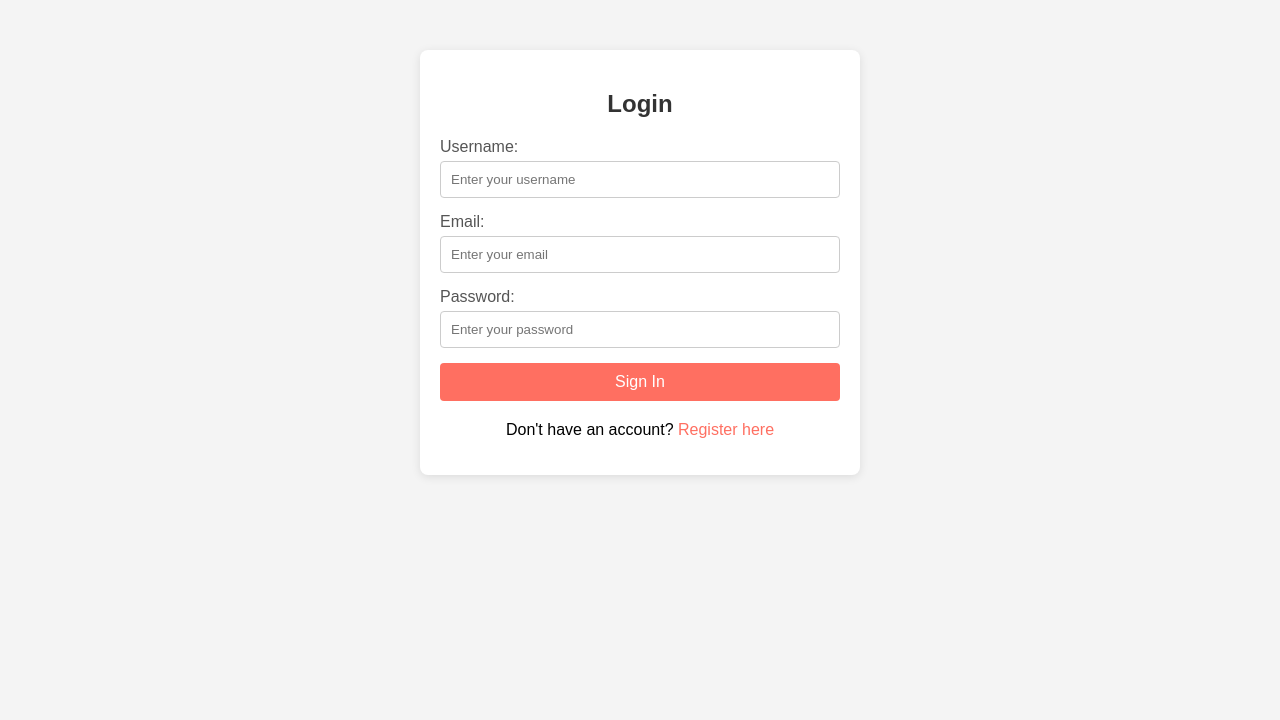
Repository: wmrmweerakoon/Online-Laundry-Management-System
Page: http://localhost/LaundryManagementSystem/Login.jsp
These files come from the project's save history. The page is drawn as it stood at one moment and after the next save; the edit follows.
The browser window is 1280 px wide. The pictures show the whole page.
The page is served by Tomcat 9. Other server files are loaded and not shown.

Above is the page before, as saved 2024-10-06 16:23:40.

### Projects/LaundryManagementSystem/src/main/webapp/Login.jsp
<%@ page language="java" contentType="text/html; charset=UTF-8" pageEncoding="UTF-8"%>
<!DOCTYPE html>
<html lang="en">
<head>
    <meta charset="UTF-8">
    <meta name="viewport" content="width=device-width, initial-scale=1.0">
    <title>Login - Online Laundry Management System</title>
    <link rel="stylesheet" href="CSS/Login.css">
</head>
<body>
    <div class="login-container">
        <h2>Login</h2>

        <%-- Display error message if exists --%>
        <div style="text-align: center; margin-bottom: 10px;">
            <%
                String errorMessage = (String) request.getAttribute("errorMessage");
                if (errorMessage != null) {
            %>
                <div style="color: red; font-weight: bold;">
                    <%= errorMessage %>
                </div>
            <%
                }
            %>
        </div>

        <form id="loginForm" action="LoginServlet" method="POST" onsubmit="return validateForm()">
            <div class="form-group">
                <label for="username">Username:</label>
                <input type="text" id="username" name="username" placeholder="Enter your username">
                <span class="error" id="usernameError"></span>
            </div>
            <div class="form-group">
                <label for="email">Email:</label>
                <input type="email" id="email" name="email" placeholder="Enter your email">
                <span class="error" id="emailError"></span>
            </div>
            <div class="form-group">
                <label for="password">Password:</label>
                <input type="password" id="password" name="password" placeholder="Enter your password">
                <span class="error" id="passwordError"></span>
            </div>
            <button type="submit">Sign In</button>
        </form>
        <p>Don't have an account? <a href="Register.jsp">Register here</a></p>
    </div>

    <script>
        function validateForm() {
            let isValid = true;

            // Get form fields
            const username = document.getElementById('username').value.trim();
            const email = document.getElementById('email').value.trim();
            const password = document.getElementById('password').value.trim();

            // Get error message spans
            const usernameError = document.getElementById('usernameError');
            const emailError = document.getElementById('emailError');
            const passwordError = document.getElementById('passwordError');

            // Clear previous error messages
            usernameError.textContent = '';
            emailError.textContent = '';
            passwordError.textContent = '';

            // Username validation
            if (username === '') {
                usernameError.textContent = 'Username is required.';
                isValid = false;
            }

            // Email validation
            const emailPattern = /^[^ ]+@[^ ]+\.[a-z]{2,3}$/;
            if (email === '') {
                emailError.textContent = 'Email is required.';
                isValid = false;
            } else if (!email.match(emailPattern)) {
                emailError.textContent = 'Enter a valid email address.';
                isValid = false;
            }

            // Password validation
            if (password === '') {
                passwordError.textContent = 'Password is required.';
                isValid = false;
            }

            return isValid;
        }
    </script>
</body>
</html>

### Projects/LaundryManagementSystem/src/main/webapp/CSS/Login.css
body {
    font-family: Arial, sans-serif;
    background-color: #f4f4f4; /* Light gray background */
    margin: 0;
    padding: 0;
}

.login-container {
    max-width: 400px; /* Limit width of the login container */
    margin: 50px auto; /* Center it vertically and horizontally */
    padding: 20px; /* Add padding inside the container */
    background-color: #ffffff; /* White background for the form */
    border-radius: 8px; /* Rounded corners */
    box-shadow: 0 2px 10px rgba(0, 0, 0, 0.1); /* Subtle shadow for depth */
}

h2 {
    text-align: center;
    color: #333; /* Dark gray color for the heading */
}

.form-group {
    margin-bottom: 15px; /* Space between form groups */
}

label {
    display: block; /* Make labels block elements */
    margin-bottom: 5px; /* Space between label and input */
    color: #555; /* Medium gray color for labels */
}

input[type="text"],
input[type="email"],
input[type="password"] {
    width: 100%; /* Full width input fields */
    padding: 10px; /* Padding inside the inputs */
    border: 1px solid #ccc; /* Light gray border */
    border-radius: 4px; /* Rounded corners for input fields */
    box-sizing: border-box; /* Ensure padding and border are included in total width */
}

input[type="text"]:focus,
input[type="email"]:focus,
input[type="password"]:focus {
    border-color: #ff6f61; /* Use #ff6f61 for border color when focused */
    outline: none; /* Remove default outline */
}

button {
    width: 100%; /* Full width button */
    padding: 10px; /* Padding inside the button */
    background-color: #ff6f61; /* Button background color */
    color: white; /* White text color */
    border: none; /* No border */
    border-radius: 4px; /* Rounded corners for button */
    cursor: pointer; /* Change cursor to pointer */
    font-size: 16px; /* Increase font size */
}

button:hover {
    background-color: #ff4824; /* Darker color on hover */
}

.error {
    color: red; /* Red color for error messages */
    font-size: 12px; /* Smaller font size for errors */
}

p {
    text-align: center; /* Center the paragraph */
    margin-top: 20px; /* Space above the paragraph */
}

a {
    color: #ff6f61; /* Link color */
    text-decoration: none; /* Remove underline */
}

a:hover {
    text-decoration: underline; /* Underline links on hover */
}

After the next save:
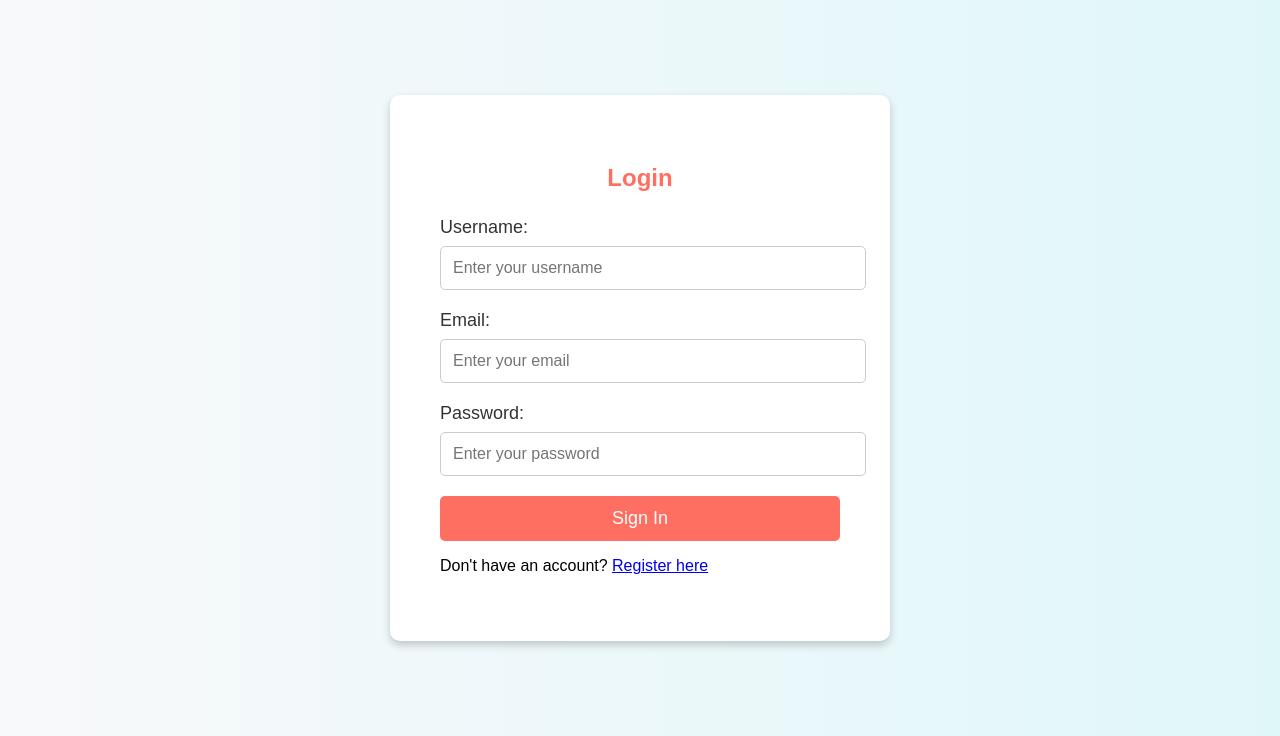
Saved 2 min 29 s later.
--- a/Projects/LaundryManagementSystem/src/main/webapp/CSS/Login.css
+++ b/Projects/LaundryManagementSystem/src/main/webapp/CSS/Login.css
@@ -1,81 +1,63 @@
 body {
-    font-family: Arial, sans-serif;
-    background-color: #f4f4f4; /* Light gray background */
-    margin: 0;
-    padding: 0;
+    font-family: 'Arial', sans-serif;
+    background: linear-gradient(to right, #f8f9fa, #e0f7fa);
+    display: flex;
+    justify-content: center;
+    align-items: center;
+    height: 100vh;
 }
 
 .login-container {
-    max-width: 400px; /* Limit width of the login container */
-    margin: 50px auto; /* Center it vertically and horizontally */
-    padding: 20px; /* Add padding inside the container */
-    background-color: #ffffff; /* White background for the form */
-    border-radius: 8px; /* Rounded corners */
-    box-shadow: 0 2px 10px rgba(0, 0, 0, 0.1); /* Subtle shadow for depth */
+    background-color: #fff;
+    padding: 50px;
+    border-radius: 10px;
+    box-shadow: 0 4px 8px rgba(0, 0, 0, 0.2);
+    width: 400px;
 }
 
 h2 {
     text-align: center;
-    color: #333; /* Dark gray color for the heading */
+    color: #ff6f61;
+    margin-bottom: 25px;
 }
 
 .form-group {
-    margin-bottom: 15px; /* Space between form groups */
+    margin-bottom: 20px;
 }
 
 label {
-    display: block; /* Make labels block elements */
-    margin-bottom: 5px; /* Space between label and input */
-    color: #555; /* Medium gray color for labels */
+    font-size: 18px;
+    color: #333;
 }
 
 input[type="text"],
 input[type="email"],
 input[type="password"] {
-    width: 100%; /* Full width input fields */
-    padding: 10px; /* Padding inside the inputs */
-    border: 1px solid #ccc; /* Light gray border */
-    border-radius: 4px; /* Rounded corners for input fields */
-    box-sizing: border-box; /* Ensure padding and border are included in total width */
-}
-
-input[type="text"]:focus,
-input[type="email"]:focus,
-input[type="password"]:focus {
-    border-color: #ff6f61; /* Use #ff6f61 for border color when focused */
-    outline: none; /* Remove default outline */
+    width: 100%;
+    padding: 12px;
+    margin-top: 8px;
+    border: 1px solid #ccc;
+    border-radius: 5px;
+    font-size: 16px;
 }
 
 button {
-    width: 100%; /* Full width button */
-    padding: 10px; /* Padding inside the button */
-    background-color: #ff6f61; /* Button background color */
-    color: white; /* White text color */
-    border: none; /* No border */
-    border-radius: 4px; /* Rounded corners for button */
-    cursor: pointer; /* Change cursor to pointer */
-    font-size: 16px; /* Increase font size */
+    width: 100%;
+    padding: 12px;
+    background-color: #ff6f61;
+    color: #fff;
+    border: none;
+    border-radius: 5px;
+    font-size: 18px;
+    cursor: pointer;
 }
 
 button:hover {
-    background-color: #ff4824; /* Darker color on hover */
+    background-color: #ff4824;
 }
 
 .error {
-    color: red; /* Red color for error messages */
-    font-size: 12px; /* Smaller font size for errors */
+    color: red;
+    font-size: 14px;
+    margin-top: 5px;
 }
-
-p {
-    text-align: center; /* Center the paragraph */
-    margin-top: 20px; /* Space above the paragraph */
-}
-
-a {
-    color: #ff6f61; /* Link color */
-    text-decoration: none; /* Remove underline */
-}
-
-a:hover {
-    text-decoration: underline; /* Underline links on hover */
-}
